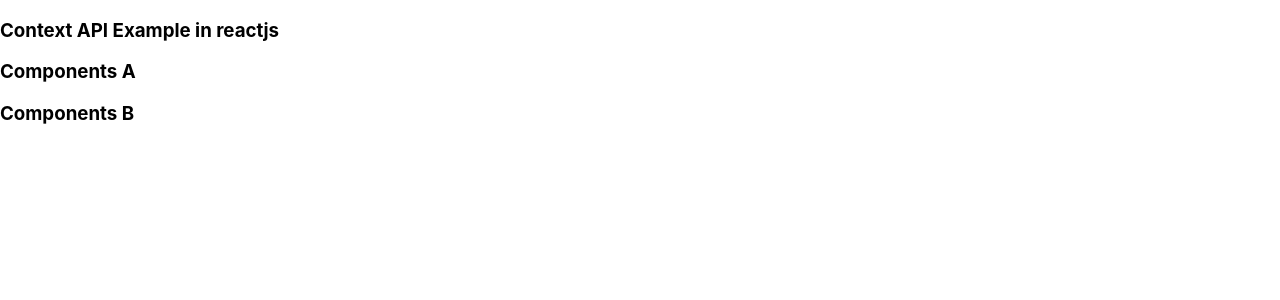
Repository: lalji-yadav/React-Context-API
Page: /a
An editor plug-in stored every save of this project. The page is shown before and after the next save, followed by the edit.
The browser window is 1280 px wide. The pictures show the whole page.
The project was rebuilt for these pictures with package versions that can differ from the ones it lists, and the page was loaded fresh each time. Also part of the build but not shown: src/App.css.

Above is the page before, as saved 2021-02-09 16:31:47.

After the next save:
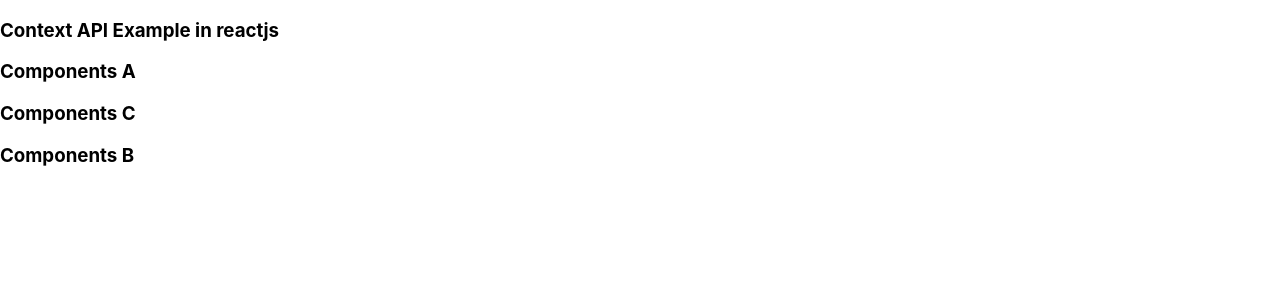
Saved 39 s later.
--- a/src/components/A.js
+++ b/src/components/A.js
@@ -1,9 +1,11 @@
 import React from 'react';
+import C from "./C";
 
 const A = () => {
     return (
         <div>
              <h3> Components A </h3>
+             <C />
         </div>
     );
 };
